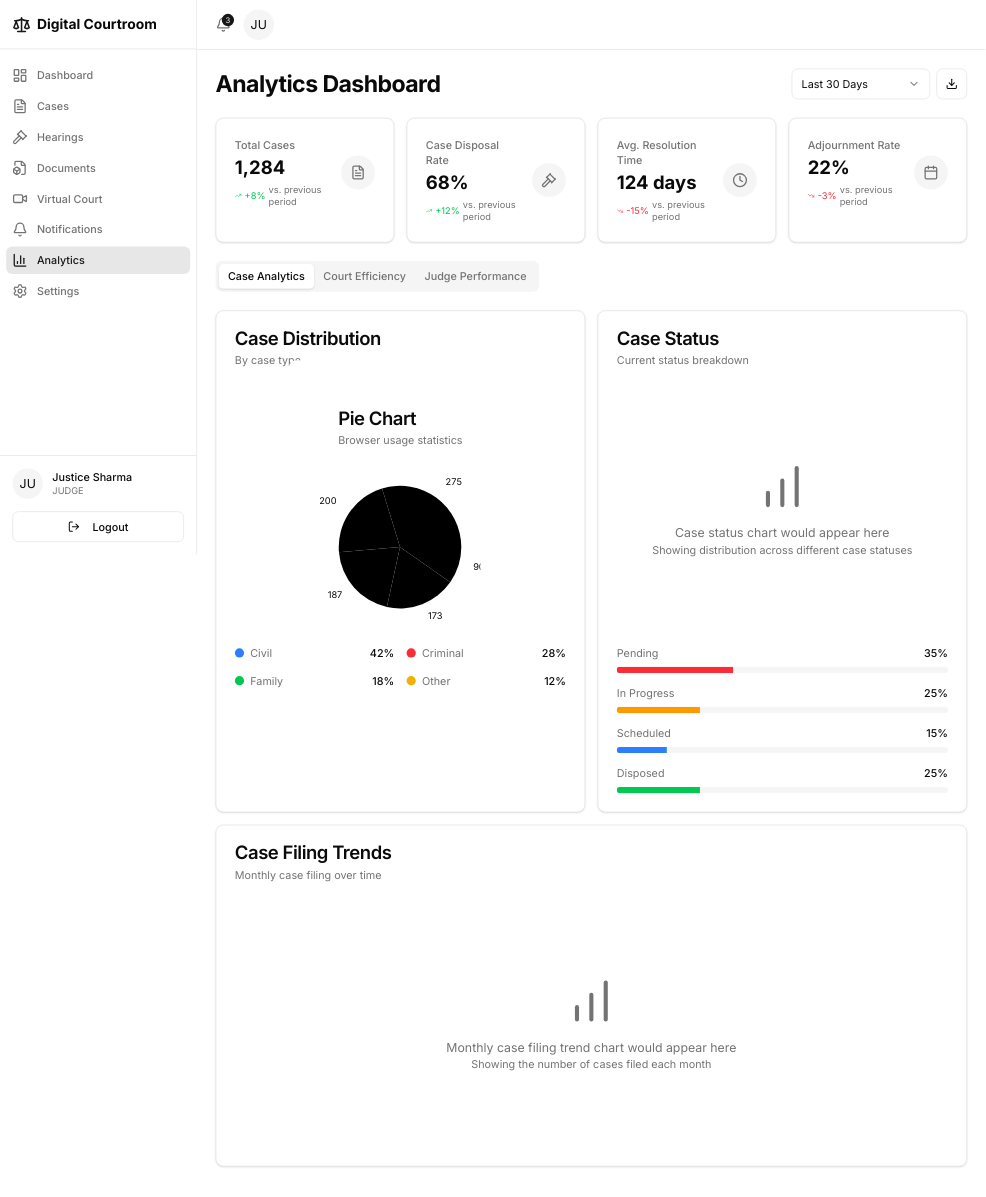
Repository: n0tank3sh/digicourt
Page: /analytics (app in frontend/)
The author's editor kept a copy of each file at every save. The page is drawn from the files as they stood at one save, then again after a run of saves.
The browser window is 1280 px wide. The pictures show the whole page, at 77% of full size.
The project was rebuilt for these pictures with package versions that can differ from the ones it lists, and the page was loaded fresh each time. The framework's server and built-in components were replaced by stand-ins that run in the browser. Also part of the build but not shown: frontend/next.config.ts.

Above is the page before, as saved 2025-03-26 21:55:14.

### frontend/src/components/ui/card.tsx
import * as React from "react"

import { cn } from "@/lib/utils"

const Card = React.forwardRef<
  HTMLDivElement,
  React.HTMLAttributes<HTMLDivElement>
>(({ className, ...props }, ref) => (
  <div
    ref={ref}
    className={cn(
      "rounded-lg border bg-card text-card-foreground shadow-sm",
      className
    )}
    {...props}
  />
))
Card.displayName = "Card"

const CardHeader = React.forwardRef<
  HTMLDivElement,
  React.HTMLAttributes<HTMLDivElement>
>(({ className, ...props }, ref) => (
  <div
    ref={ref}
    className={cn("flex flex-col space-y-1.5 p-6", className)}
    {...props}
  />
))
CardHeader.displayName = "CardHeader"

const CardTitle = React.forwardRef<
  HTMLDivElement,
  React.HTMLAttributes<HTMLDivElement>
>(({ className, ...props }, ref) => (
  <div
    ref={ref}
    className={cn(
      "text-2xl font-semibold leading-none tracking-tight",
      className
    )}
    {...props}
  />
))
CardTitle.displayName = "CardTitle"

const CardDescription = React.forwardRef<
  HTMLDivElement,
  React.HTMLAttributes<HTMLDivElement>
>(({ className, ...props }, ref) => (
  <div
    ref={ref}
    className={cn("text-sm text-muted-foreground", className)}
    {...props}
  />
))
CardDescription.displayName = "CardDescription"

const CardContent = React.forwardRef<
  HTMLDivElement,
  React.HTMLAttributes<HTMLDivElement>
>(({ className, ...props }, ref) => (
  <div ref={ref} className={cn("p-6 pt-0", className)} {...props} />
))
CardContent.displayName = "CardContent"

const CardFooter = React.forwardRef<
  HTMLDivElement,
  React.HTMLAttributes<HTMLDivElement>
>(({ className, ...props }, ref) => (
  <div
    ref={ref}
    className={cn("flex items-center p-6 pt-0", className)}
    {...props}
  />
))
CardFooter.displayName = "CardFooter"

export { Card, CardHeader, CardFooter, CardTitle, CardDescription, CardContent }

### frontend/src/components/ui/tabs.tsx
"use client"

import * as React from "react"
import * as TabsPrimitive from "@radix-ui/react-tabs"

import { cn } from "@/lib/utils"

const Tabs = TabsPrimitive.Root

const TabsList = React.forwardRef<
  React.ElementRef<typeof TabsPrimitive.List>,
  React.ComponentPropsWithoutRef<typeof TabsPrimitive.List>
>(({ className, ...props }, ref) => (
  <TabsPrimitive.List
    ref={ref}
    className={cn(
      "inline-flex h-10 items-center justify-center rounded-md bg-muted p-1 text-muted-foreground",
      className
    )}
    {...props}
  />
))
TabsList.displayName = TabsPrimitive.List.displayName

const TabsTrigger = React.forwardRef<
  React.ElementRef<typeof TabsPrimitive.Trigger>,
  React.ComponentPropsWithoutRef<typeof TabsPrimitive.Trigger>
>(({ className, ...props }, ref) => (
  <TabsPrimitive.Trigger
    ref={ref}
    className={cn(
      "inline-flex items-center justify-center whitespace-nowrap rounded-sm px-3 py-1.5 text-sm font-medium ring-offset-background transition-all focus-visible:outline-none focus-visible:ring-2 focus-visible:ring-ring focus-visible:ring-offset-2 disabled:pointer-events-none disabled:opacity-50 data-[state=active]:bg-background data-[state=active]:text-foreground data-[state=active]:shadow-sm",
      className
    )}
    {...props}
  />
))
TabsTrigger.displayName = TabsPrimitive.Trigger.displayName

const TabsContent = React.forwardRef<
  React.ElementRef<typeof TabsPrimitive.Content>,
  React.ComponentPropsWithoutRef<typeof TabsPrimitive.Content>
>(({ className, ...props }, ref) => (
  <TabsPrimitive.Content
    ref={ref}
    className={cn(
      "mt-2 ring-offset-background focus-visible:outline-none focus-visible:ring-2 focus-visible:ring-ring focus-visible:ring-offset-2",
      className
    )}
    {...props}
  />
))
TabsContent.displayName = TabsPrimitive.Content.displayName

export { Tabs, TabsList, TabsTrigger, TabsContent }

### frontend/src/types/index.ts
// User Types
export enum UserRole {
  JUDGE = "JUDGE",
  LAWYER = "LAWYER",
  COURT_STAFF = "COURT_STAFF",
  CITIZEN = "CITIZEN",
  ADMIN = "ADMIN",
}

export interface User {
  id: string
  name: string
  email: string
  role: UserRole
  barId?: string // For lawyers
  courtId?: string // For judges and court staff
  createdAt: Date
  updatedAt: Date
}

// Case Types
export enum CaseStatus {
  FILED = "FILED",
  PENDING = "PENDING",
  IN_PROGRESS = "IN_PROGRESS",
  SCHEDULED = "SCHEDULED",
  ADJOURNED = "ADJOURNED",
  DISPOSED = "DISPOSED",
  CLOSED = "CLOSED",
}

export enum CaseType {
  CIVIL = "CIVIL",
  CRIMINAL = "CRIMINAL",
  FAMILY = "FAMILY",
  CORPORATE = "CORPORATE",
  CONSTITUTIONAL = "CONSTITUTIONAL",
  OTHER = "OTHER",
}

export interface Case {
  id: string
  caseNumber: string
  title: string
  description: string
  type: CaseType
  status: CaseStatus
  filingDate: Date
  plaintiffs: string[] // IDs of involved parties
  defendants: string[] // IDs of involved parties
  judgerId?: string
  courtId: string
  createdAt: Date
  updatedAt: Date
}

// Hearing Types
export enum HearingType {
  PHYSICAL = "PHYSICAL",
  VIRTUAL = "VIRTUAL",
  HYBRID = "HYBRID",
}

export enum HearingStatus {
  SCHEDULED = "SCHEDULED",
  IN_PROGRESS = "IN_PROGRESS",
  COMPLETED = "COMPLETED",
  ADJOURNED = "ADJOURNED",
  CANCELLED = "CANCELLED",
}

export interface Hearing {
  id: string
  caseId: string
  scheduledDate: Date
  actualDate?: Date
  type: HearingType
  status: HearingStatus
  location: string // Court room or virtual link
  notes?: string
  attendees: string[] // IDs of attendees
  createdAt: Date
  updatedAt: Date
}

// Document Types
export enum DocumentType {
  PETITION = "PETITION",
  EVIDENCE = "EVIDENCE",
  AFFIDAVIT = "AFFIDAVIT",
  JUDGMENT = "JUDGMENT",
  ORDER = "ORDER",
  NOTICE = "NOTICE",
  OTHER = "OTHER",
}

export interface Document {
  id: string
  caseId: string
  title: string
  type: DocumentType
  fileUrl: string
  fileSize: number
  mimeType: string
  uploadedBy: string // User ID
  isPublic: boolean
  version: number
  createdAt: Date
  updatedAt: Date
}

// Notification Types
export enum NotificationType {
  CASE_UPDATE = "CASE_UPDATE",
  HEARING_SCHEDULED = "HEARING_SCHEDULED",
  HEARING_RESCHEDULED = "HEARING_RESCHEDULED",
  DOCUMENT_UPLOADED = "DOCUMENT_UPLOADED",
  SUMMONS = "SUMMONS",
  JUDGMENT_DELIVERED = "JUDGMENT_DELIVERED",
  OTHER = "OTHER",
}

export interface Notification {
  id: string
  userId: string
  type: NotificationType
  title: string
  message: string
  relatedId?: string // ID of related entity (case, hearing, etc.)
  isRead: boolean
  createdAt: Date
}

// Court Types
export interface Court {
  id: string
  name: string
  type: string
  address: string
  jurisdiction: string
  contactNumber: string
  email: string
  createdAt: Date
  updatedAt: Date
}

// Analytics Types
export interface CaseAnalytics {
  totalCases: number
  pendingCases: number
  disposedCases: number
  averageDisposalTime: number // in days
  casesByType: Record<CaseType, number>
  casesByStatus: Record<CaseStatus, number>
  monthlyCaseFiling: { month: string; count: number }[]
}

export interface CourtAnalytics {
  totalHearings: number
  completedHearings: number
  adjournedHearings: number
  averageHearingDuration: number // in minutes
  hearingsByType: Record<HearingType, number>
  courtUtilization: number // percentage
}

### frontend/src/components/ui/button.tsx
import * as React from "react"
import { Slot } from "@radix-ui/react-slot"
import { cva, type VariantProps } from "class-variance-authority"

import { cn } from "@/lib/utils"

const buttonVariants = cva(
  "inline-flex items-center justify-center gap-2 whitespace-nowrap rounded-md text-sm font-medium ring-offset-background transition-colors focus-visible:outline-none focus-visible:ring-2 focus-visible:ring-ring focus-visible:ring-offset-2 disabled:pointer-events-none disabled:opacity-50 [&_svg]:pointer-events-none [&_svg]:size-4 [&_svg]:shrink-0",
  {
    variants: {
      variant: {
        default: "bg-primary text-primary-foreground hover:bg-primary/90",
        destructive:
          "bg-destructive text-destructive-foreground hover:bg-destructive/90",
        outline:
          "border border-input bg-background hover:bg-accent hover:text-accent-foreground",
        secondary:
          "bg-secondary text-secondary-foreground hover:bg-secondary/80",
        ghost: "hover:bg-accent hover:text-accent-foreground",
        link: "text-primary underline-offset-4 hover:underline",
      },
      size: {
        default: "h-10 px-4 py-2",
        sm: "h-9 rounded-md px-3",
        lg: "h-11 rounded-md px-8",
        icon: "h-10 w-10",
      },
    },
    defaultVariants: {
      variant: "default",
      size: "default",
    },
  }
)

export interface ButtonProps
  extends React.ButtonHTMLAttributes<HTMLButtonElement>,
    VariantProps<typeof buttonVariants> {
  asChild?: boolean
}

const Button = React.forwardRef<HTMLButtonElement, ButtonProps>(
  ({ className, variant, size, asChild = false, ...props }, ref) => {
    const Comp = asChild ? Slot : "button"
    return (
      <Comp
        className={cn(buttonVariants({ variant, size, className }))}
        ref={ref}
        {...props}
      />
    )
  }
)
Button.displayName = "Button"

export { Button, buttonVariants }

### frontend/src/components/ui/piechart.tsx
"use client"
import { TrendingUp } from "lucide-react"
import { Pie, PieChart } from "recharts"
import {
    Card,
    CardContent,
    CardDescription,
    CardHeader,
    CardTitle,

} from "@/components/ui/card"
import {
    ChartConfig,
    ChartContainer,
    ChartTooltip,
    ChartTooltipContent,
} from "@/components/ui/chart"
const chartData = [
    { browser: "chrome", visitors: 275, fill: "var(--color-chrome)" },
    { browser: "safari", visitors: 200, fill: "var(--color-safari)" },
    { browser: "firefox", visitors: 187, fill: "var(--color-firefox)" },
    { browser: "edge", visitors: 173, fill: "var(--color-edge)" },
    { browser: "other", visitors: 90, fill: "var(--color-other)" },
]
const chartConfig = {
    visitors: {
        label: "Visitors",
    },
    chrome: {
        label: "Chrome",
        color: "hsl(var(--chart-1))",
    },
    safari: {
        label: "Safari",
        color: "hsl(var(--chart-2))",
    },
    firefox: {
        label: "Firefox",
        color: "hsl(var(--chart-3))",
    },
    edge: {
        label: "Edge",
        color: "hsl(var(--chart-4))",
    },
    other: {
        label: "Other",
        color: "hsl(var(--chart-5))",
    },
} satisfies ChartConfig
export function PieChartComponent() {
    return (
        <Card className="flex flex-col shadow-none border-none p-10 ">
            <CardHeader>
               <CardTitle>Pie Chart</CardTitle>
                <CardDescription>Browser usage statistics</CardDescription>

            </CardHeader>
            <CardContent className="flex-1 pb-0 p-0">
                <ChartContainer
                    config={chartConfig}
                    className="mx-auto aspect-square max-h-[250px] pb-0 [&_.recharts-pie-label-text]:fill-foreground"
                >
                    <PieChart>
                        <ChartTooltip content={<ChartTooltipContent hideLabel />} />
                        <Pie data={chartData} dataKey="visitors" label nameKey="browser" />
                    </PieChart>
                </ChartContainer>
            </CardContent>

        </Card>
    )
}

### frontend/src/components/ui/avatar.tsx
"use client"

import * as React from "react"
import * as AvatarPrimitive from "@radix-ui/react-avatar"

import { cn } from "@/lib/utils"

const Avatar = React.forwardRef<
  React.ElementRef<typeof AvatarPrimitive.Root>,
  React.ComponentPropsWithoutRef<typeof AvatarPrimitive.Root>
>(({ className, ...props }, ref) => (
  <AvatarPrimitive.Root
    ref={ref}
    className={cn(
      "relative flex h-10 w-10 shrink-0 overflow-hidden rounded-full",
      className
    )}
    {...props}
  />
))
Avatar.displayName = AvatarPrimitive.Root.displayName

const AvatarImage = React.forwardRef<
  React.ElementRef<typeof AvatarPrimitive.Image>,
  React.ComponentPropsWithoutRef<typeof AvatarPrimitive.Image>
>(({ className, ...props }, ref) => (
  <AvatarPrimitive.Image
    ref={ref}
    className={cn("aspect-square h-full w-full", className)}
    {...props}
  />
))
AvatarImage.displayName = AvatarPrimitive.Image.displayName

const AvatarFallback = React.forwardRef<
  React.ElementRef<typeof AvatarPrimitive.Fallback>,
  React.ComponentPropsWithoutRef<typeof AvatarPrimitive.Fallback>
>(({ className, ...props }, ref) => (
  <AvatarPrimitive.Fallback
    ref={ref}
    className={cn(
      "flex h-full w-full items-center justify-center rounded-full bg-muted",
      className
    )}
    {...props}
  />
))
AvatarFallback.displayName = AvatarPrimitive.Fallback.displayName

export { Avatar, AvatarImage, AvatarFallback }

### frontend/src/components/ui/sheet.tsx
"use client"

import * as React from "react"
import * as SheetPrimitive from "@radix-ui/react-dialog"
import { cva, type VariantProps } from "class-variance-authority"
import { X } from "lucide-react"

import { cn } from "@/lib/utils"

const Sheet = SheetPrimitive.Root

const SheetTrigger = SheetPrimitive.Trigger

const SheetClose = SheetPrimitive.Close

const SheetPortal = SheetPrimitive.Portal

const SheetOverlay = React.forwardRef<
  React.ElementRef<typeof SheetPrimitive.Overlay>,
  React.ComponentPropsWithoutRef<typeof SheetPrimitive.Overlay>
>(({ className, ...props }, ref) => (
  <SheetPrimitive.Overlay
    className={cn(
      "fixed inset-0 z-50 bg-black/80  data-[state=open]:animate-in data-[state=closed]:animate-out data-[state=closed]:fade-out-0 data-[state=open]:fade-in-0",
      className
    )}
    {...props}
    ref={ref}
  />
))
SheetOverlay.displayName = SheetPrimitive.Overlay.displayName

const sheetVariants = cva(
  "fixed z-50 gap-4 bg-background p-6 shadow-lg transition ease-in-out data-[state=open]:animate-in data-[state=closed]:animate-out data-[state=closed]:duration-300 data-[state=open]:duration-500",
  {
    variants: {
      side: {
        top: "inset-x-0 top-0 border-b data-[state=closed]:slide-out-to-top data-[state=open]:slide-in-from-top",
        bottom:
          "inset-x-0 bottom-0 border-t data-[state=closed]:slide-out-to-bottom data-[state=open]:slide-in-from-bottom",
        left: "inset-y-0 left-0 h-full w-3/4 border-r data-[state=closed]:slide-out-to-left data-[state=open]:slide-in-from-left sm:max-w-sm",
        right:
          "inset-y-0 right-0 h-full w-3/4  border-l data-[state=closed]:slide-out-to-right data-[state=open]:slide-in-from-right sm:max-w-sm",
      },
    },
    defaultVariants: {
      side: "right",
    },
  }
)

interface SheetContentProps
  extends React.ComponentPropsWithoutRef<typeof SheetPrimitive.Content>,
    VariantProps<typeof sheetVariants> {}

const SheetContent = React.forwardRef<
  React.ElementRef<typeof SheetPrimitive.Content>,
  SheetContentProps
>(({ side = "right", className, children, ...props }, ref) => (
  <SheetPortal>
    <SheetOverlay />
    <SheetPrimitive.Content
      ref={ref}
      className={cn(sheetVariants({ side }), className)}
      {...props}
    >
      {children}
      <SheetPrimitive.Close className="absolute right-4 top-4 rounded-sm opacity-70 ring-offset-background transition-opacity hover:opacity-100 focus:outline-none focus:ring-2 focus:ring-ring focus:ring-offset-2 disabled:pointer-events-none data-[state=open]:bg-secondary">
        <X className="h-4 w-4" />
        <span className="sr-only">Close</span>
      </SheetPrimitive.Close>
    </SheetPrimitive.Content>
  </SheetPortal>
))
SheetContent.displayName = SheetPrimitive.Content.displayName

const SheetHeader = ({
  className,
  ...props
}: React.HTMLAttributes<HTMLDivElement>) => (
  <div
    className={cn(
      "flex flex-col space-y-2 text-center sm:text-left",
      className
    )}
    {...props}
  />
)
SheetHeader.displayName = "SheetHeader"

const SheetFooter = ({
  className,
  ...props
}: React.HTMLAttributes<HTMLDivElement>) => (
  <div
    className={cn(
      "flex flex-col-reverse sm:flex-row sm:justify-end sm:space-x-2",
      className
    )}
    {...props}
  />
)
SheetFooter.displayName = "SheetFooter"

const SheetTitle = React.forwardRef<
  React.ElementRef<typeof SheetPrimitive.Title>,
  React.ComponentPropsWithoutRef<typeof SheetPrimitive.Title>
>(({ className, ...props }, ref) => (
  <SheetPrimitive.Title
    ref={ref}
    className={cn("text-lg font-semibold text-foreground", className)}
    {...props}
  />
))
SheetTitle.displayName = SheetPrimitive.Title.displayName

const SheetDescription = React.forwardRef<
  React.ElementRef<typeof SheetPrimitive.Description>,
  React.ComponentPropsWithoutRef<typeof SheetPrimitive.Description>
>(({ className, ...props }, ref) => (
  <SheetPrimitive.Description
    ref={ref}
    className={cn("text-sm text-muted-foreground", className)}
    {...props}
  />
))
SheetDescription.displayName = SheetPrimitive.Description.displayName

export {
  Sheet,
  SheetPortal,
  SheetOverlay,
  SheetTrigger,
  SheetClose,
  SheetContent,
  SheetHeader,
  SheetFooter,
  SheetTitle,
  SheetDescription,
}

Loaded but not shown: frontend/src/app/layout.tsx (common file); frontend/src/components/theme-provider.tsx (common file); frontend/src/lib/utils.ts (common file); frontend/src/app/analytics/page.tsx (355 lines, source omitted); frontend/src/components/ui/chart.tsx (365 lines, source omitted); frontend/src/components/layout/main-layout.tsx (187 lines, source omitted); frontend/src/app/globals.css (199 lines, source omitted); frontend/src/components/ui/select.tsx (160 lines, source omitted)

After the next 8 saves:
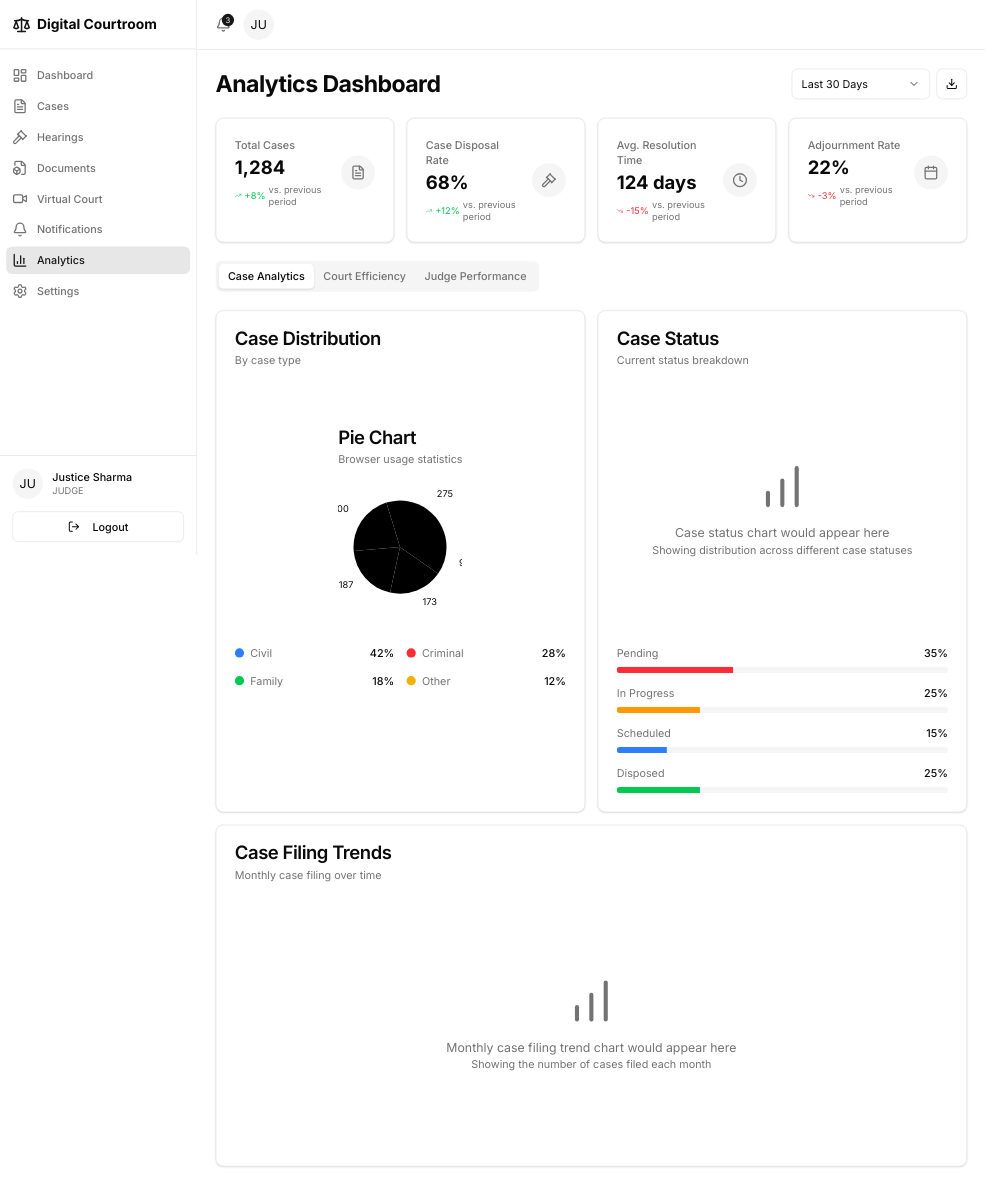
The 8 saves are shown as one change because they came seconds apart.
The last was saved 18 s later.
--- a/frontend/src/components/ui/piechart.tsx
+++ b/frontend/src/components/ui/piechart.tsx
@@ -55,10 +55,10 @@ export function PieChartComponent() {
                 <CardDescription>Browser usage statistics</CardDescription>
 
             </CardHeader>
-            <CardContent className="flex-1 pb-0 p-0">
+            <CardContent className="flex-1 pb-0 ">
                 <ChartContainer
                     config={chartConfig}
-                    className="mx-auto aspect-square max-h-[250px] pb-0 [&_.recharts-pie-label-text]:fill-foreground"
+                    className="mx-auto p-0 aspect-square max-h-[250px] pb-0 [&_.recharts-pie-label-text]:fill-foreground"
                 >
                     <PieChart>
                         <ChartTooltip content={<ChartTooltipContent hideLabel />} />
